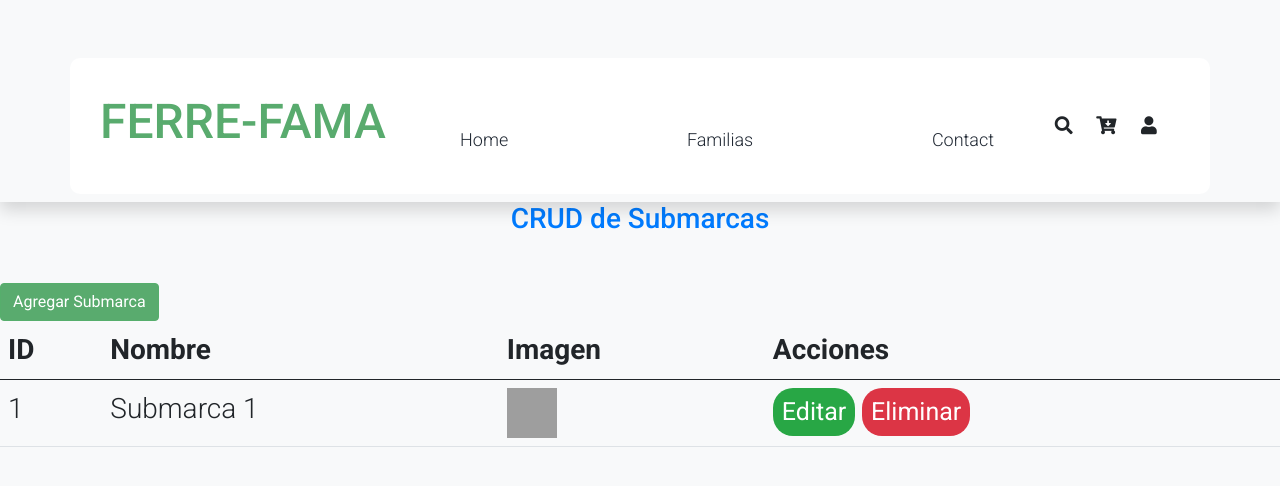
Repository: Yaqode/front-fama
Page: http://localhost/multimedia/Views/marcas.php
An editor plug-in stored every save of this project. The page is shown before and after the next save, followed by the edit.
The browser window is 1280 px wide. The pictures show the whole page.
Pictures or frames that could not be fetched are drawn as grey boxes. The page is run by PHP 8.4 with error messages shown; the project is at /var/www/html/.

Above is the page before, as saved 2023-12-06 21:56:51.

### Views/marcas.php
<!DOCTYPE html>
<html lang="es">

<head>
    <meta charset="UTF-8">
    <meta name="viewport" content="width=device-width, initial-scale=1.0">
    <title>Marcas</title>
    <link rel="apple-touch-icon" href="img/apple-icon.png">
    <link rel="shortcut icon" type="image/x-icon" href="img/favicon.ico">
    <link rel="stylesheet" href="./../css/bootstrap.min.css">
    <link rel="stylesheet" href="./../css/templatemo.css">
    <link rel="stylesheet" href="./../css/style.css">
    <!-- Load fonts style after rendering the layout styles -->
    <link rel="stylesheet"
        href="https://fonts.googleapis.com/css2?family=Roboto:wght@100;200;300;400;500;700;900&display=swap">
    <link rel="stylesheet" href="./../css/fontawesome.min.css">

</head>

<style>
body {
    background-color: #f8f9fa;
    font-family: 'Georgia', serif;
}

.container {
    margin-top: 50px;
    background-color: #ffffff;
    padding: 30px;
    border-radius: 10px;
}

h2 {
    text-align: center;
    color: #007bff;
    font-size: 28px;
}

.btn-agregar {
    background-color: #28a745;
    color: #ffffff;
}

.btn-editar,
.btn-eliminar {
    background-color: #28a745;
    color: #ffffff;
    border-radius: 20px;
    font-size: 25px;
}

.btn-eliminar {
    background-color: #dc3545;
    /* Cambiado a rojo */
}

/* Aumentar el tamaño de la letra en la tabla */
table {
    font-size: 28px;
}
</style>

<!-- Header -->
<nav class="navbar navbar-expand-lg navbar-light shadow">
    <div class="container d-flex justify-content-between align-items-center">

        <a class="navbar-brand text-success logo h1 align-self-center" href="index.html">
            FERRE-FAMA
        </a>

        <button class="navbar-toggler border-0" type="button" data-bs-toggle="collapse"
            data-bs-target="#templatemo_main_nav" aria-controls="navbarSupportedContent" aria-expanded="false"
            aria-label="Toggle navigation">
            <span class="navbar-toggler-icon"></span>
        </button>

        <div class="align-self-center collapse navbar-collapse flex-fill  d-lg-flex justify-content-lg-between"
            id="templatemo_main_nav">
            <div class="flex-fill">
                <ul class="nav navbar-nav d-flex justify-content-between mx-lg-auto">
                    <li class="nav-item">
                        <a class="nav-link" href="">Home</a>
                    </li>
                    <li class="nav-item">
                        <a class="nav-link" href="">Familias</a>
                    </li>
                    <li class="nav-item">
                        <a class="nav-link" href="">Contact</a>
                    </li>
                </ul>
            </div>
            <div class="navbar align-self-center d-flex">
                <div class="d-lg-none flex-sm-fill mt-3 mb-4 col-7 col-sm-auto pr-3">
                    <div class="input-group">
                        <input type="text" class="form-control" id="inputMobileSearch" placeholder="Search ...">
                        <div class="input-group-text">
                            <i class="fa fa-fw fa-search"></i>
                        </div>
                    </div>
                </div>
                <a class="nav-icon d-none d-lg-inline" href="#" data-bs-toggle="modal"
                    data-bs-target="#templatemo_search">
                    <i class="fa fa-fw fa-search text-dark mr-2"></i>
                </a>
                <a class="nav-icon position-relative text-decoration-none" href="">
                    <i class="fa fa-fw fa-cart-arrow-down text-dark mr-1"></i>
                    <span
                        class="position-absolute top-0 left-100 translate-middle badge rounded-pill bg-light text-dark"></span>
                </a>
                <a class="nav-icon position-relative text-decoration-none" href="Views/login.php">
                    <i class="fa fa-fw fa-user text-dark mr-3"></i>
                    <span
                        class="position-absolute top-0 left-100 translate-middle badge rounded-pill bg-light text-dark"></span>
                </a>
            </div>
        </div>

    </div>
</nav>
<!-- Close Header -->


<div class="container1">
    <h2 class="mb-4">CRUD de Submarcas</h2>

    <!-- Botón para abrir el modal de agregar submarca -->
    <button type="button" class="btn btn-success text-white mt-4" data-bs-toggle="modal"
        data-bs-target="#modalSubmarca">
        Agregar Submarca
    </button>

    <!-- Tabla para mostrar las submarcas -->
    <table class="table">
        <thead>
            <tr>
                <th>ID</th>
                <th>Nombre</th>
                <th>Imagen</th>
                <th>Acciones</th>
            </tr>
        </thead>
        <tbody>
            <!-- Aquí se agregarán las filas de submarcas dinámicamente desde el servidor -->
            <tr>
                <td>1</td>
                <td>Submarca 1</td>
                <!-- La columna de la imagen puede contener una etiqueta img -->
                <td><img src="ruta_de_la_imagen/submarca1.jpg" alt="" style="width: 50px; height: 50px;"></td>
                <td>
                    <!-- Botones para editar y eliminar cada submarca -->
                    <button type="button" class="btn btn-editar btn-sm" data-toggle="modal"
                        data-target="#modalEditarSubmarca">
                        Editar
                    </button>
                    <button type="button" class="btn btn-eliminar btn-sm" data-toggle="modal"
                        data-target="#modalEliminarSubmarca">
                        Eliminar
                    </button>
                </td>
            </tr>
        </tbody>
    </table>
</div>

<!-- Modal para agregar submarca -->
<div class="modal fade" id="modalSubmarca" tabindex="-1" aria-labelledby="exampleModalLabel" aria-hidden="true">
    <div class="modal-dialog modal-lg">
        <div class="modal-content">
            <div class="modal-header">
                <h1 class="modal-title fs-5" id="exampleModalLabel">Agregar Submarca</h1>
                <button type="button" class="btn-close" data-bs-dismiss="modal" aria-label="Close"></button>
            </div>
            <div class="modal-body">
                <!-- Formulario para agregar submarca -->
                <form id="submarcaForm">
                    <div class="mb-3 d-flex justify-content-center align-items-center">
                        <label for="marcaSelect" class="form-label me-3">Marca:</label>
                        <select class="form-select me-3" id="marcaSelect" required>
                            <option value="marca1">Marca 1</option>
                            <option value="marca2">Marca 2</option>
                            <!-- Agrega más opciones según sea necesario -->
                        </select>
                        <button type="button" class="btn btn-success" data-bs-toggle="modal"
                            data-bs-target="#modalAgregarMarca">
                            Agregar Modal Marca
                        </button>
                    </div>
                    <div class="mb-3">
                        <label for="submarcaInput" class="form-label">Nombre de la Submarca:</label>
                        <input type="text" class="form-control" id="submarcaInput" required>
                    </div>
                    <div class="mb-3">
                        <label for="logoInput" class="form-label">Agregar Logo:</label>
                        <input type="file" class="form-control" id="logoInput" accept="image/*">
                    </div>
                </form>
            </div>
            <div class="modal-footer">
                <button type="button" class="btn btn-secondary" data-bs-dismiss="modal">Cerrar</button>
                <button type="button" class="btn btn-primary" onclick="guardarSubmarca()">Guardar</button>
            </div>
        </div>
    </div>
</div>

<!-- Modal para editar submarca -->
<div class="modal fade" id="modalEditarSubmarca" tabindex="-1" role="dialog" aria-labelledby="modalEditarSubmarcaLabel"
    aria-hidden="true">
    <!-- Contenido del modal aquí -->
</div>

<!-- Modal para eliminar submarca -->
<div class="modal fade" id="modalEliminarSubmarca" tabindex="-1" role="dialog"
    aria-labelledby="modalEliminarSubmarcaLabel" aria-hidden="true">
    <!-- Contenido del modal aquí -->
</div>





<!-- Agrega los enlaces a Bootstrap JS y Popper.js -->
<script src="./../js/jquery-1.11.0.min.js"></script>
<script src="./../js/jquery-migrate-1.2.1.min.js"></script>
<script src="./../js/bootstrap.bundle.min.js"></script>
<script src="./../js/templatemo.js"></script>
<script src="./../js/custom.js"></script>


</body>

</html>

### css/templatemo.css
/*

TemplateMo 559 Zay Shop

https://templatemo.com/tm-559-zay-shop

---------------------------------------------
Table of contents
------------------------------------------------
1. Typography
2. General
3. Nav
4. Hero Carousel
5. Accordion
6. Shop
7. Product
8. Carousel Hero
9. Carousel Brand
10. Services
11. Contact map
12. Footer
13. Small devices (landscape phones, 576px and up)
14. Medium devices (tablets, 768px and up)
15. Large devices (desktops, 992px and up)
16. Extra large devices (large desktops, 1200px and up)
--------------------------------------------- */




/* Typography */
body, ul, li, p, a, label, input, div {
  font-family: 'Roboto', sans-serif;
  font-size: 18px !important;
  font-weight: 300 !important;
}
.h1 {
  font-family: 'Roboto', sans-serif;
  font-size: 48px !important;
  font-weight: 200 !important;
}
.h2 {
  font-family: 'Roboto', sans-serif;
  font-size: 30px !important;
  font-weight: 300;
}
.h3 {
  font-family: 'Roboto', sans-serif;
  font-size: 22px !important;
}
/* General */
.logo { font-weight: 500 !important;}
.text-warning {  color: #ede861 !important;}
.text-muted { color: #bcbcbc !important;}
.text-success { color: #59ab6e !important;}
.text-light { color: #cfd6e1 !important;}
.bg-dark { background-color: #212934 !important;}
.bg-light { background-color: #e9eef5 !important;}
.bg-black { background-color: #1d242d !important;}
.bg-success { background-color: #59ab6e !important;}
.btn-success {
  background-color: #59ab6e !important;
  border-color: #56ae6c !important;
}
.pagination .page-link:hover {color: #000;}
.pagination .page-link:hover, .pagination .page-link.active {
  background-color: #69bb7e;
  color: #fff;
}
/* Nav */
#templatemo_nav_top { min-height: 40px;}
#templatemo_nav_top * { font-size: .9em !important;}
#templatemo_main_nav a { color: #212934;}
#templatemo_main_nav a:hover { color: #69bb7e;}
#templatemo_main_nav .navbar .nav-icon { margin-right: 20px;}

/* Hero Carousel */
#template-mo-zay-hero-carousel { background: #efefef !important;}
/* Accordion */
.templatemo-accordion a { color: #000;}
.templatemo-accordion a:hover { color: #333d4a;}
/* Shop */
.shop-top-menu a:hover { color: #69bb7e !important;}
/* Product */
.product-wap { box-shadow: 0px 5px 10px 0px rgba(0, 0, 0, 0.10);}
.product-wap .product-color-dot.color-dot-red { background:#f71515;}
.product-wap .product-color-dot.color-dot-blue { background:#6db4fe;}
.product-wap .product-color-dot.color-dot-black { background:#000000;}
.product-wap .product-color-dot.color-dot-light { background:#e0e0e0;}
.product-wap .product-color-dot.color-dot-green { background:#0bff7e;}
.card.product-wap .card .product-overlay {
  background: rgba(0,0,0,.2);
  visibility: hidden;
  opacity: 0;
  transition: .3s;
}
.card.product-wap:hover .card .product-overlay {
  visibility: visible;
  opacity: 1;
}
.card.product-wap a { color: #000;}
#carousel-related-product .slick-slide:focus { outline: none !important;}
#carousel-related-product .slick-dots li button:before {
  font-size: 15px;
  margin-top: 20px;
}
/* Brand */
.brand-img {
  filter: grayscale(100%);
  opacity: 0.5;
  transition: .5s;
}
.brand-img:hover {
  filter: grayscale(0%);
  opacity: 1;
}
/* Carousel Hero */
#template-mo-zay-hero-carousel .carousel-indicators li {
  margin-top: -50px;
  background-color: #59ab6e;
}
#template-mo-zay-hero-carousel .carousel-control-next i,
#template-mo-zay-hero-carousel .carousel-control-prev i {
  color: #59ab6e !important;
  font-size: 2.8em !important;
}
/* Carousel Brand */
.tempaltemo-carousel .h1 {
  font-size: .5em !important;
  color: #000 !important;
}
/* Services */
.services-icon-wap {transition: .3s;}
.services-icon-wap:hover, .services-icon-wap:hover i {color: #fff;}
.services-icon-wap:hover {background: #69bb7e;}
/* Contact map */
.leaflet-control a, .leaflet-control { font-size: 10px !important;}
.form-control { border: 1px solid #e8e8e8;}
/* Footer */
#tempaltemo_footer a { color: #dcdde1;}
#tempaltemo_footer a:hover { color: #68bb7d;}
#tempaltemo_footer ul.footer-link-list li { padding-top: 10px;}
#tempaltemo_footer ul.footer-icons li {
  width: 2.6em;
  height: 2.6em;
  line-height: 2.6em;
}
#tempaltemo_footer ul.footer-icons li:hover {
  background-color: #cfd6e1;
  transition: .5s;
}
#tempaltemo_footer ul.footer-icons li:hover i {
  color: #212934;
  transition: .5s;
}
#tempaltemo_footer .border-light { border-color: #2d343f !important;}
/*
// Extra small devices (portrait phones, less than 576px)
// No media query since this is the default in Bootstrap
*/
/* Small devices (landscape phones, 576px and up)*/
.product-wap .h3, .product-wap li, .product-wap i, .product-wap p {
  font-size: 12px !important;
}
.product-wap .product-color-dot {
  width: 6px;
  height: 6px;
}

@media (min-width: 576px) {
  .tempaltemo-carousel .h1 { font-size: 1em !important;}
}

/*// Medium devices (tablets, 768px and up)*/
@media (min-width: 768px) {
  #templatemo_main_nav .navbar-nav {max-width: 450px;}
 }

/* Large devices (desktops, 992px and up)*/
@media (min-width: 992px) {
  #templatemo_main_nav .navbar-nav {max-width: 550px;}
  #template-mo-zay-hero-carousel .carousel-item {min-height: 30rem !important;}
  .product-wap .h3, .product-wap li, .product-wap i, .product-wap p {font-size: 18px !important;}
  .product-wap .product-color-dot {
    width: 12px;
    height: 12px;
  }
}

/* Extra large devices (large desktops, 1200px and up)*/
@media (min-width: 1200px) {}

Loaded but not shown: css/bootstrap.min.css (library); css/fontawesome.min.css (library); js/jquery-1.11.0.min.js (library); js/jquery-migrate-1.2.1.min.js (library); js/bootstrap.bundle.min.js (library); js/templatemo.js (57 lines, source omitted); css/style.css (1719 lines, source omitted); multimedia/js/custom.js (no stored copy; drawn as an empty file)

After the next save:
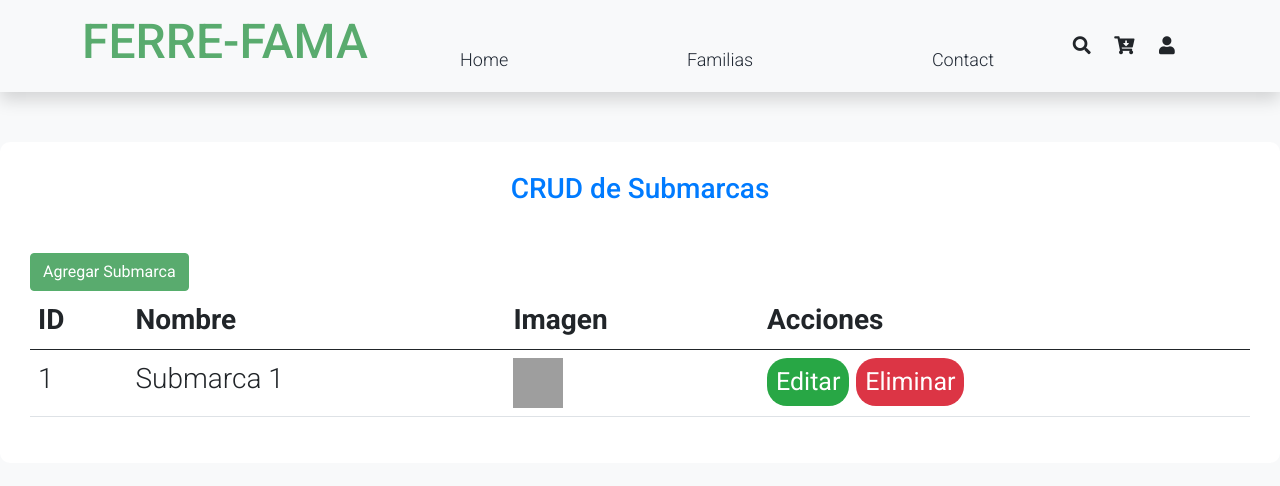
Saved 4 s later.
--- a/Views/marcas.php
+++ b/Views/marcas.php
@@ -23,7 +23,7 @@ body {
     font-family: 'Georgia', serif;
 }
 
-.container {
+.container1 {
     margin-top: 50px;
     background-color: #ffffff;
     padding: 30px;
